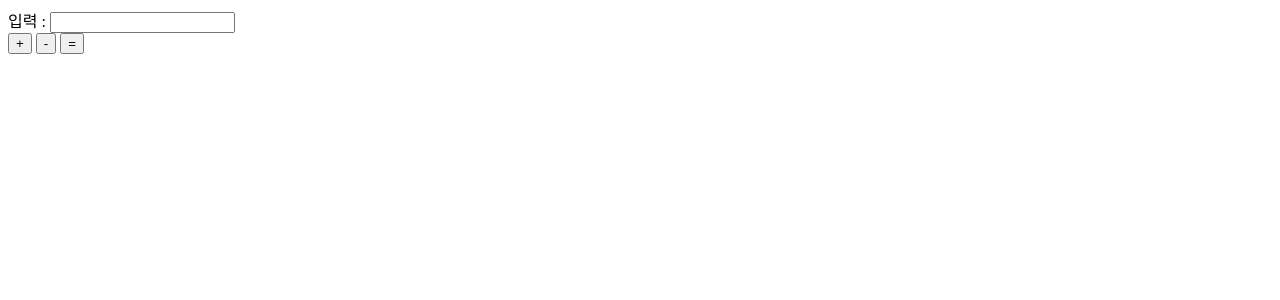
Repository: Dabee-ee/JAVA-lesson2
Page: Personal/JSPPrj/WebContent/calc3.html
These files come from the project's save history. The page is drawn as it stood at one moment and after the next save; the edit follows.
The browser window is 1280 px wide. The pictures show the whole page.

Above is the page before, as saved 2021-03-13 06:16:06.

After the next save:
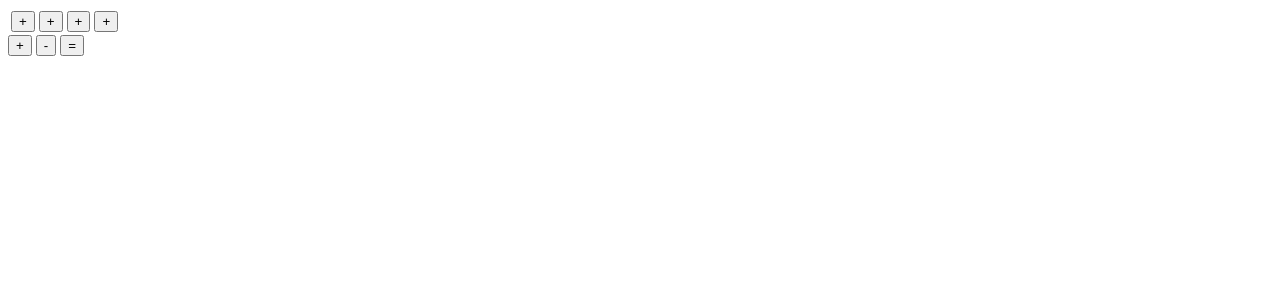
Saved 117 s later.
--- a/Personal/JSPPrj/WebContent/calc3.html
+++ b/Personal/JSPPrj/WebContent/calc3.html
@@ -8,10 +8,15 @@
 	<div>
 		<form action="calc3" method="post">
 
-			<div>
-			<label> 입력 : </label>
-			<input type="text" name="v">
-			</div>
+			<table>
+				<tr>
+					<td><input type="submit" name="operator" value="+" /></td>
+					<td><input type="submit" name="operator" value="+" /></td>
+					<td><input type="submit" name="operator" value="+" /></td>
+					<td><input type="submit" name="operator" value="+" /></td>
+				</tr>
+
+			</table>
 
 			<div>
 			<input type="submit" name="operator" value="+" />
